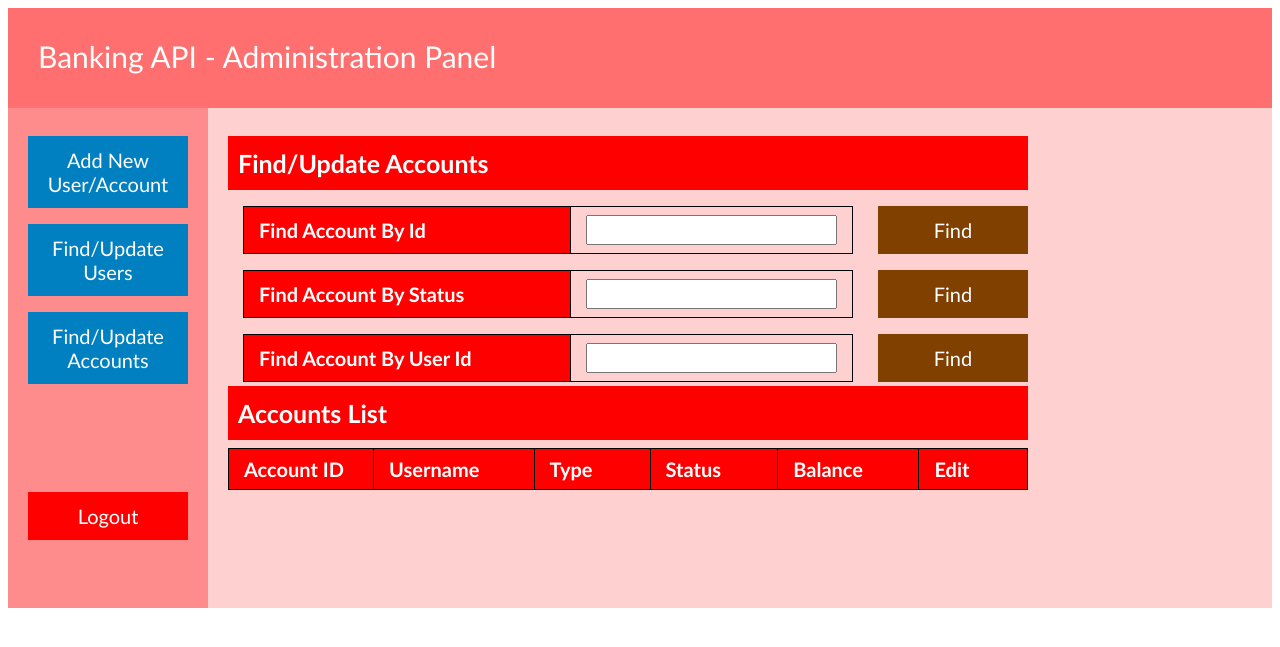
Repository: kennyufish/Revature_ROCP1_Project_Banking_API
Page: http://localhost/banking_api/findUpdateAccounts
An editor plug-in stored every save of this project. The page is shown before and after a run of saves, followed by the edit.
The browser window is 1280 px wide. The pictures show the whole page.
The page is served by Tomcat 9. Queries for data that is not in the repository find no rows.

Above is the page before, as saved 2020-10-14 15:24:16.

After the next 2 saves:
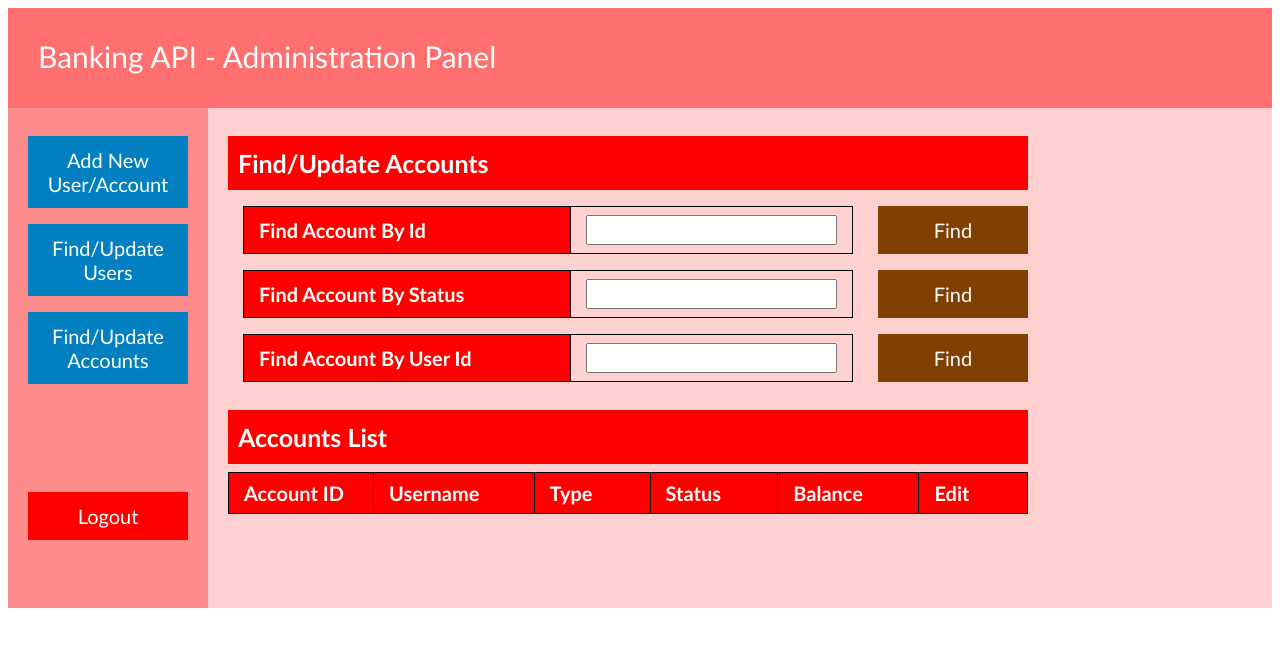
The 2 saves are shown as one change because 1 did not build or start.
The last was saved 2 min 25 s later.
--- a/banking_api/src/main/java/com/app/banking/controller/FindUpdateAccountsController.java
+++ b/banking_api/src/main/java/com/app/banking/controller/FindUpdateAccountsController.java
@@ -74,7 +74,7 @@ public class FindUpdateAccountsController extends HttpServlet {
 			out.print("</form>");
 			out.print("<br><br>");
 			//
-			out.print("<br>");
+			out.print("<br><br>");
 			//show all account list block
 			out.print("<div><h1 class='subHeading1' style='margin-top:20px;'>Accounts List</h1></div>");
 			out.print("<div class='smallFont'><table><tr><th>Account ID</th><th>Username</th><th>Type</th><th>Status</th><th>Balance</th>");
